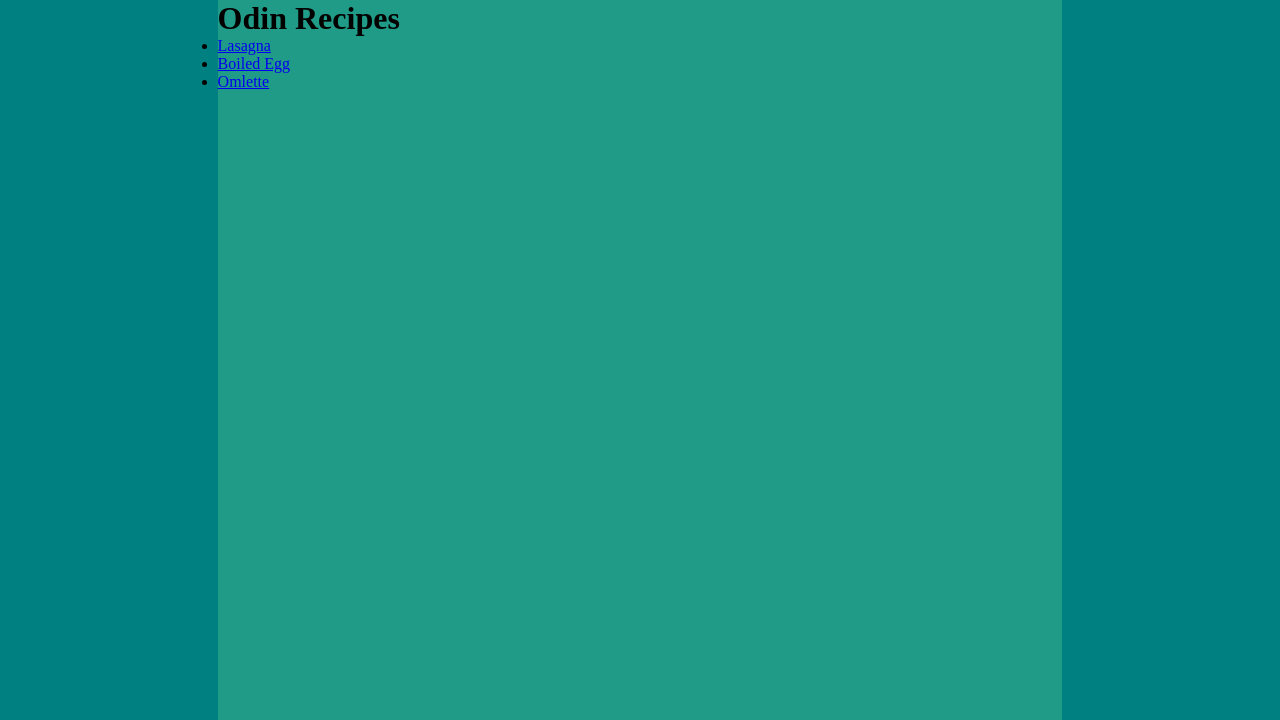
Repository: Pafestivo/odin-recipes
Page: index.html
An editor plug-in stored every save of this project. The page is shown before and after the next save, followed by the edit.
The browser window is 1280 px wide. The pictures show the whole page.

Above is the page before, as saved 2022-09-24 12:24:34.

### index.html
<!DOCTYPE html>
<html lang="en">
<head>
    <meta charset="UTF-8">
    <meta name="viewport" content="width=device-width, initial-scale=1.0">
    <link rel="stylesheet" href="css/styles.css">
    <title>Odin Recipes</title>
</head>
<body>
    <div class="container">
        <div class="inner">
            <h1>Odin Recipes</h1>
            <ul>
                <li><a href="recipes/lasagna.html">Lasagna</a></li>
                <li><a href="recipes/boiled-egg.html">Boiled Egg</a></li>
                <li><a href="recipes/omlette.html">Omlette</a></li>
            </ul>
        </div>
    </div>
</body>
</html>

### css/styles.css
* {
  box-sizing: border-box;
  padding: 0;
  margin: 0;
}

body {
  font-family: serif;
  background-color: #008080;
}

.container {
  background-color: #209B87;
  width: 66vw;
  height: 100vh;
  margin: 0 auto;
}

After the next save:
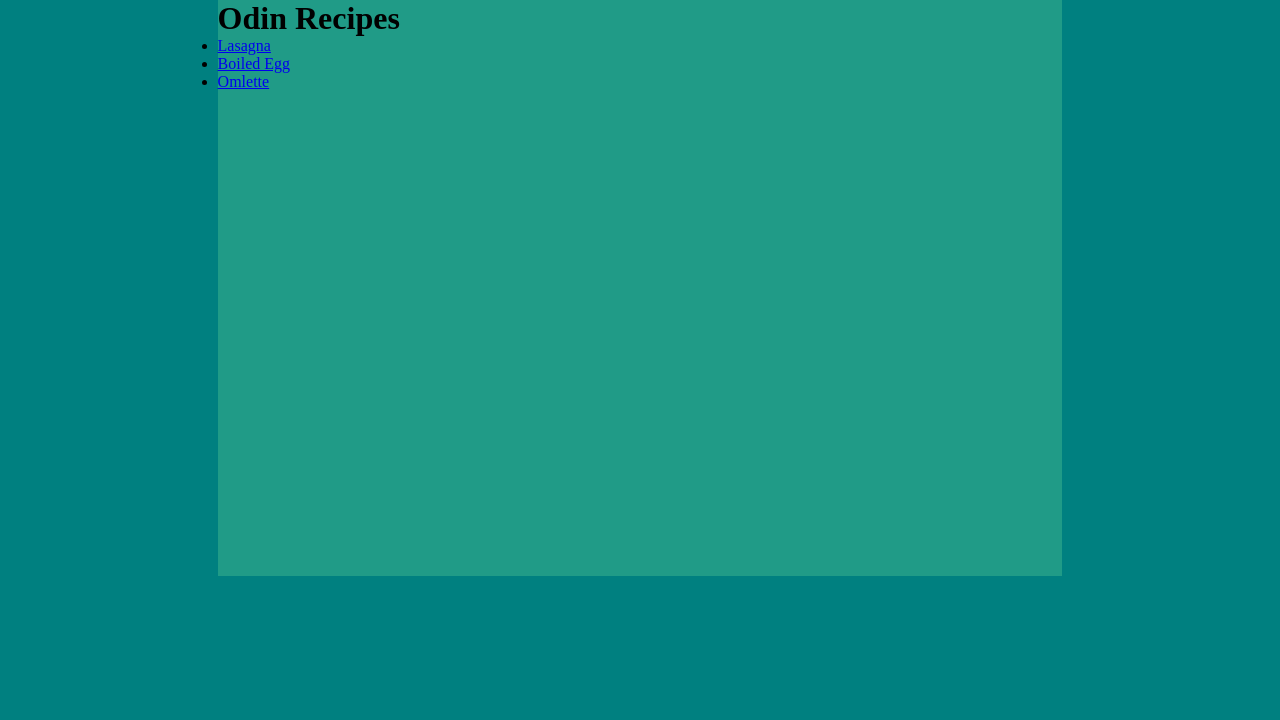
Saved 7 s later.
--- a/css/styles.css
+++ b/css/styles.css
@@ -12,6 +12,6 @@
 .container {
   background-color: #209B87;
   width: 66vw;
-  height: 100vh;
+  height: 80vh;
   margin: 0 auto;
 }

After the 3 saves that followed:
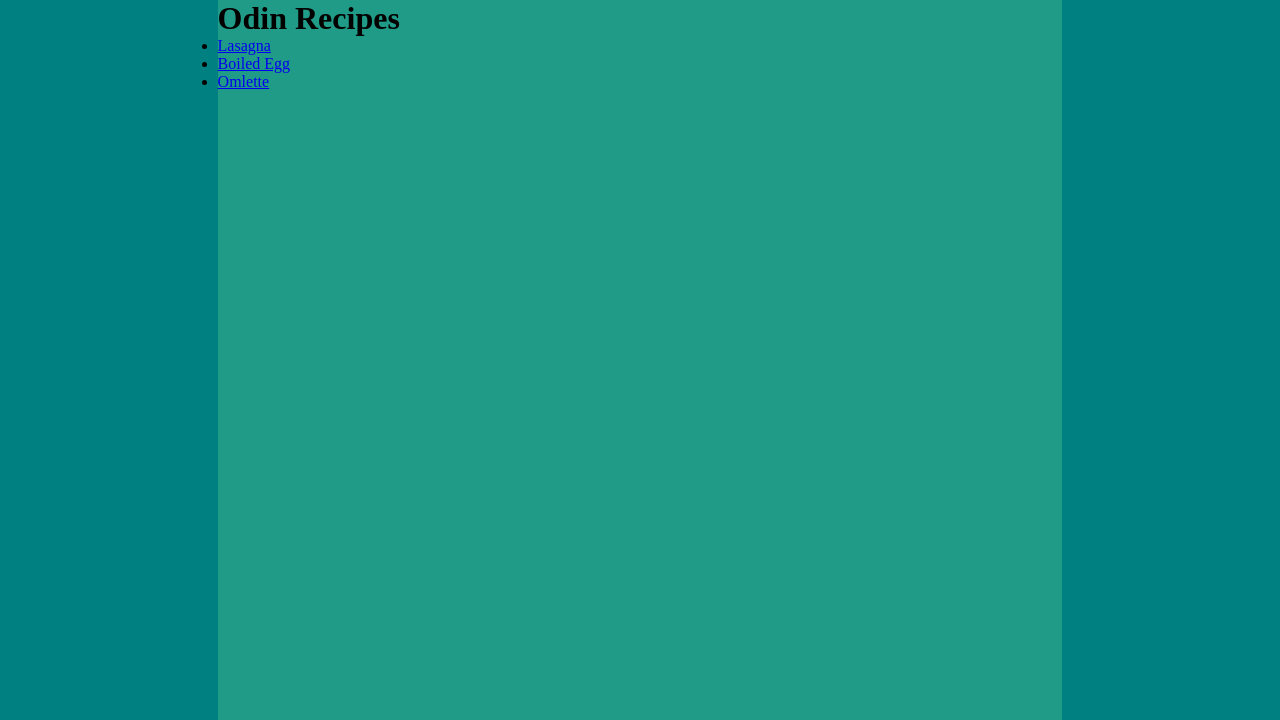
The 3 saves are shown as one change because 2 left the picture as it was.
The last was saved 36 s later.
--- a/css/styles.css
+++ b/css/styles.css
@@ -7,11 +7,12 @@
 body {
   font-family: serif;
   background-color: #008080;
+  padding: 1;
 }
 
 .container {
   background-color: #209B87;
   width: 66vw;
-  height: 80vh;
+  height: 100vh;
   margin: 0 auto;
 }
